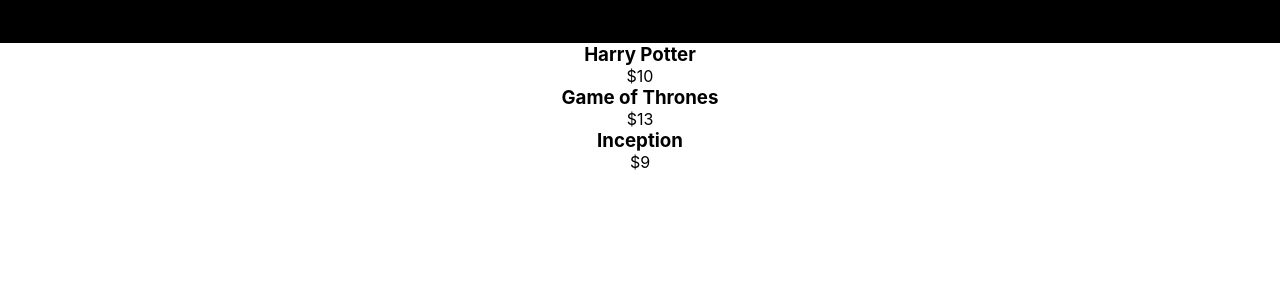
Repository: SubmergedSnake/react-usecontext
Page: /
An editor plug-in stored every save of this project. The page is shown before and after the next save, followed by the edit.
The browser window is 1280 px wide. The pictures show the whole page.
The project was rebuilt for these pictures with package versions that can differ from the ones it lists, and the page was loaded fresh each time.

Above is the page before, as saved 2020-11-21 18:50:32.

### src/App.js
import logo from './logo.svg';
import './App.css';
import MovieList from './MovieList';
import Nav from './Nav';
import {MovieProvider} from './MovieContext';

function App() {
  return (
    <MovieProvider>
    <div className="App">
      <Nav />
      <MovieList />
    </div>
    </MovieProvider>
  );
}

export default App;

### src/MovieList.js
import React, { useState, useContext} from 'react';
import Movie from './Movie';
import {MovieContext} from './MovieContext';

const listStyle = {
}

const MovieList = () => {
const [movies, setMovies] = useContext(MovieContext);
    return (
        <div style={listStyle}>
            {movies.map(movie => (
                <Movie
                name={movie.name}
                price={movie.price}
                key={movie.id}
            />
            ))}
        </div>
    );

}

export default MovieList;

### src/Nav.js
import React from 'react';

const navStyle = {
    background: 'black',
  };


const Nav = ({name, price}) => {
    return(
        <div style={navStyle}>
            <h3>Joonas</h3>
    <p>List of Movies: </p>
        </div>
    )
}

export default Nav;

### src/MovieContext.js
import React, { useState, createContext } from 'react';

export const MovieContext = createContext();

export const MovieProvider = props => {
    const [movies, setMovies] = useState([
        {
            name: 'Harry Potter',
            price: '$10',
            id: 23124
        },
        {
            name: 'Game of Thrones',
            price: '$13',
            id: 223324
        },
        {
            name: 'Inception',
            price: '$9',
            id: 2312474
        }
    ]);

    return (
        <MovieContext.Provider value={[movies, setMovies]}>
            {props.children}
        </MovieContext.Provider>
    );
}

### src/Movie.js
import React from 'react';

const Movie = ({name, price}) => {
    return(
        <div>
            <h3>{name}</h3>
    <p>{price}</p>
        </div>
    )
}

export default Movie;

Loaded but not shown: public/index.html (common file); src/index.js (common file); src/index.css (common file); src/reportWebVitals.js (common file); src/App.css (common file)

After the next save:
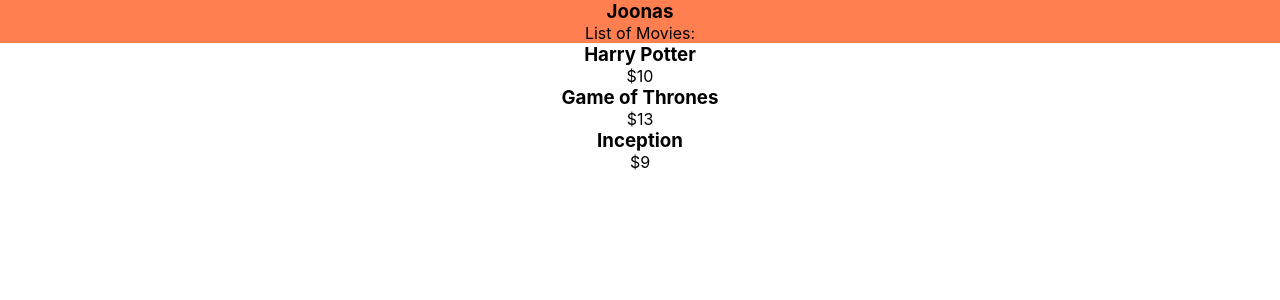
Saved 25 s later.
--- a/src/Nav.js
+++ b/src/Nav.js
@@ -1,7 +1,7 @@
 import React from 'react';
 
 const navStyle = {
-    background: 'black',
+    background: 'coral',
   };
 
 
